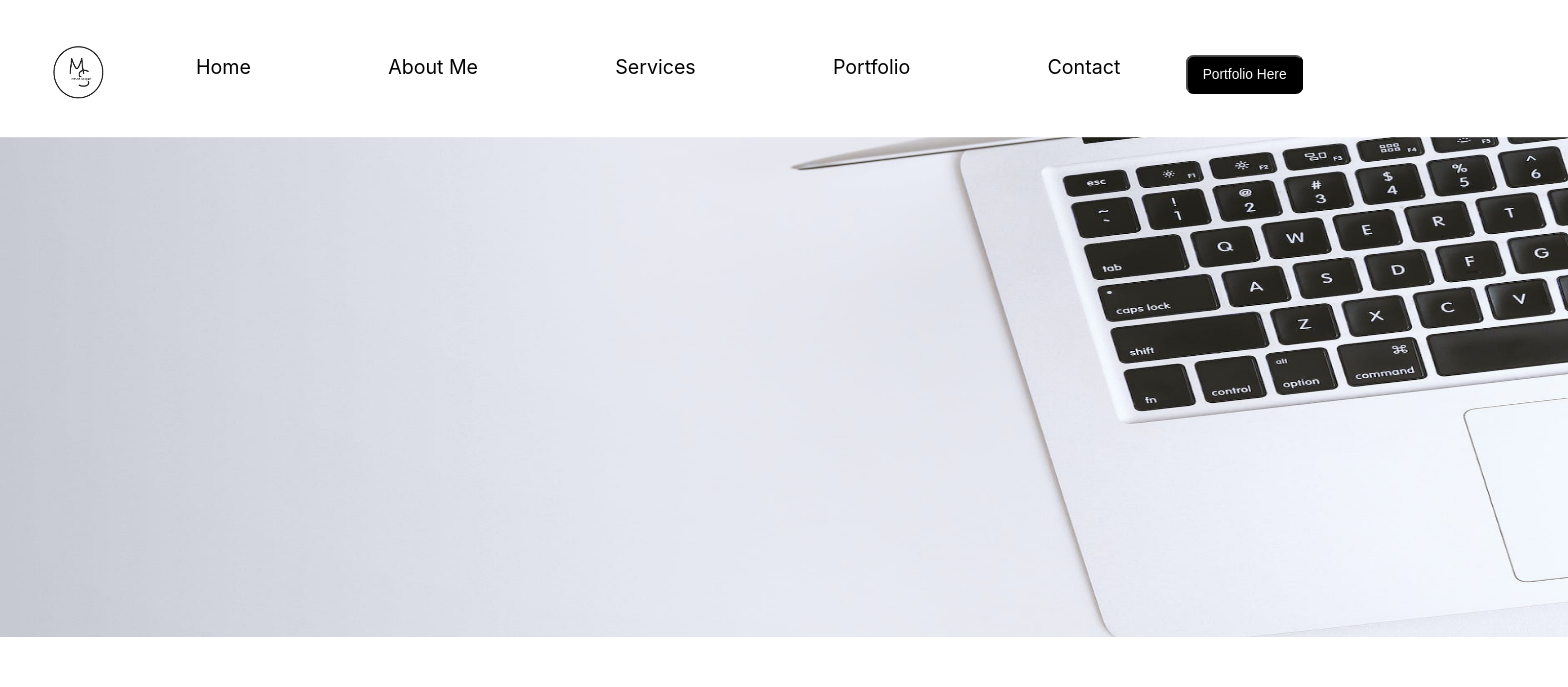
Repository: MEROO1010/Portfolio-2
Page: /
These files come from the project's save history. The page is drawn as it stood at one moment and after the next save; the edit follows.
The browser window is 1280 px wide. The page is 1600 px wide, so the pictures cover 1600 px, including what lies to the right of the window. The pictures show the whole page, at 98% of full size.
The project was rebuilt for these pictures with package versions that can differ from the ones it lists, and the page was loaded fresh each time.

Above is the page before, as saved 2023-12-16 12:29:36.

After the next save:
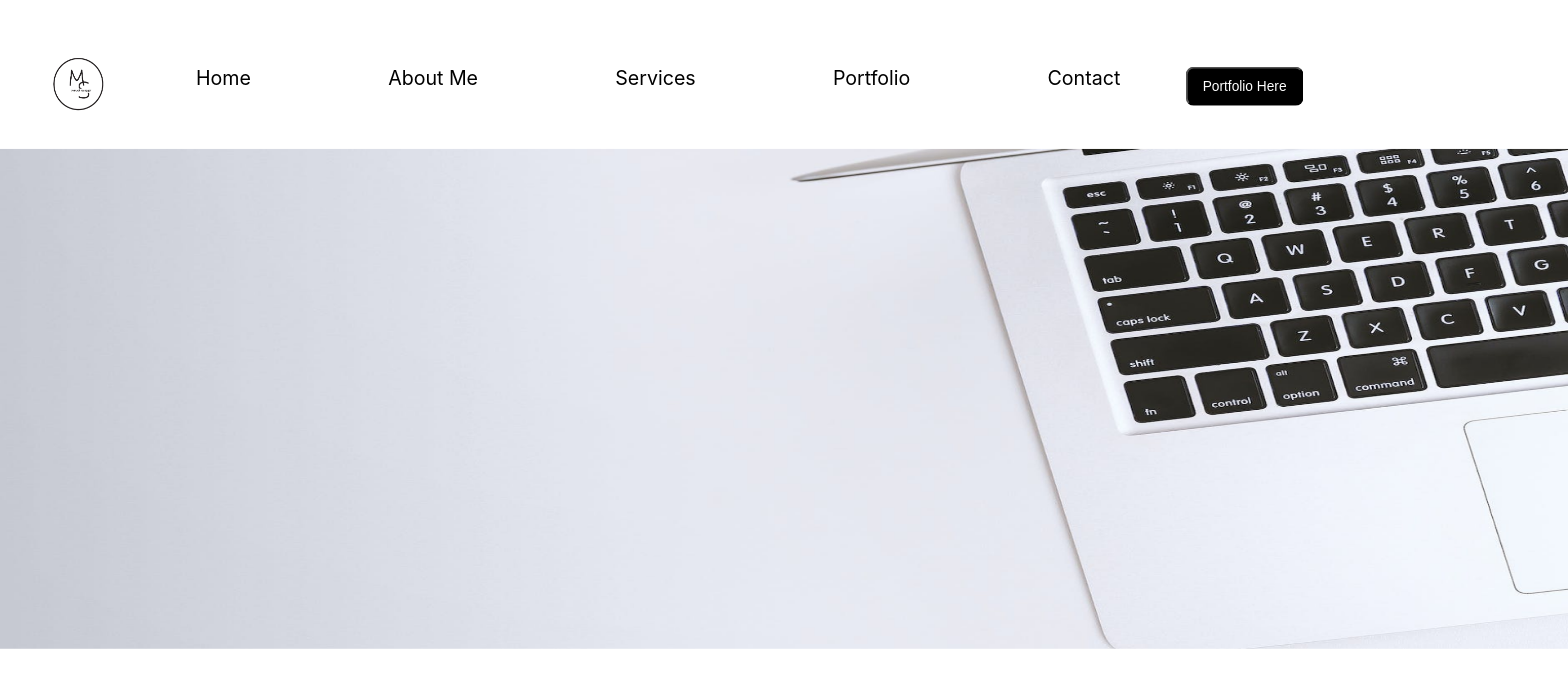
Saved 8 s later.
--- a/src/components/Navbar.js
+++ b/src/components/Navbar.js
@@ -28,7 +28,7 @@
 const Container = styled.div `
 margin-top:8px;
 height:8px;
-
+padding-top:4px;
   ul{
     position:relative;
    list-style-type: none;

After the 2 saves that followed:
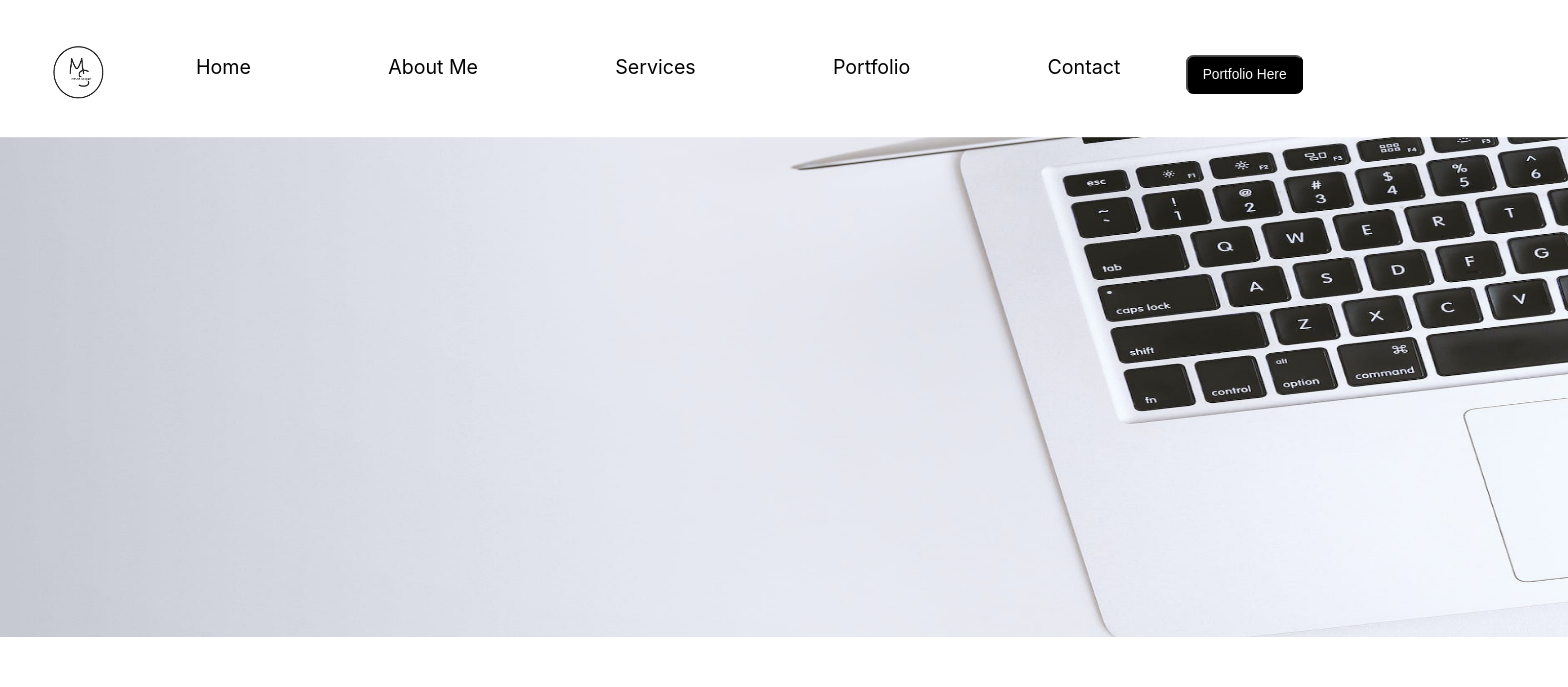
The 2 saves are shown as one change because they came seconds apart.
The last was saved 8 s later.
--- a/src/components/Navbar.js
+++ b/src/components/Navbar.js
@@ -28,7 +28,7 @@
 const Container = styled.div `
 margin-top:8px;
 height:8px;
-padding-top:4px;
+padding-bottom:40px;
   ul{
     position:relative;
    list-style-type: none;
